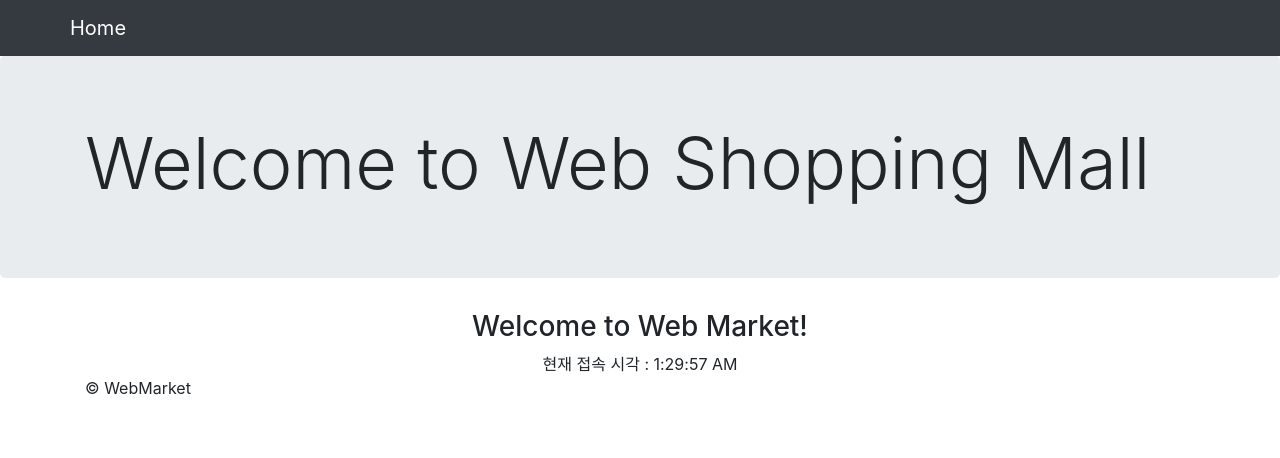
Repository: bobo1201/jspwork
Page: http://localhost/JSP0227/ch03_board/welcome.jsp
These files come from the project's save history. The page is drawn as it stood at one moment and after a run of saves; the edit follows.
The browser window is 1280 px wide. The pictures show the whole page.
The page is served by Tomcat 9.

Above is the page before, as saved 2023-02-27 07:30:27.

After the next 2 saves:
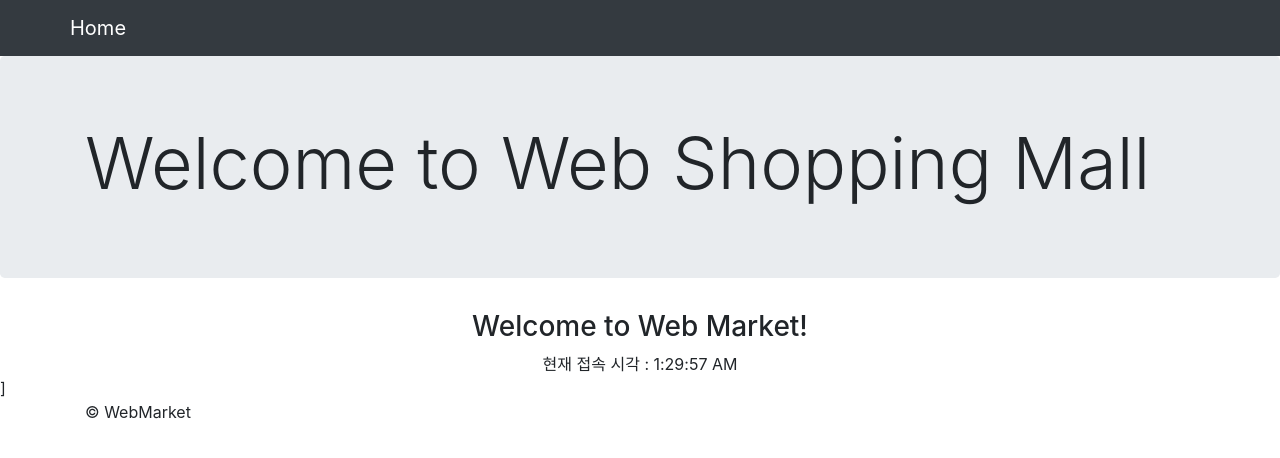
The 2 saves are shown as one change because 1 did not build or start.
The last was saved 81 s later.
--- a/JSP0227/src/main/webapp/ch03_board/welcome.jsp
+++ b/JSP0227/src/main/webapp/ch03_board/welcome.jsp
@@ -10,13 +10,7 @@
 <title>Welcome</title>
 </head>
 <body>
-	<nav class = "navbar navbar-expand navbar-dark bg-dark">
-		<div class = "container">
-			<div class = "navbar-header">
-				<a class = "navbar-brand" href="./welcom.jsp">Home</a>
-			</div>
-		</div>
-	</nav>
+	<%@ include file = "menu.jsp" %>
 
 	<%! String greeting = "Welcome to Web Shopping Mall";
 		String tagline = "Welcome to Web Market!";%>
@@ -48,8 +42,6 @@
 	</div>
 	</main>
 
-	<footer class = "container">
-		<p>&copy; WebMarket</p>
-	</footer>
+	<%@ include file = "footer.jsp" %>
 </body>
 </html>
